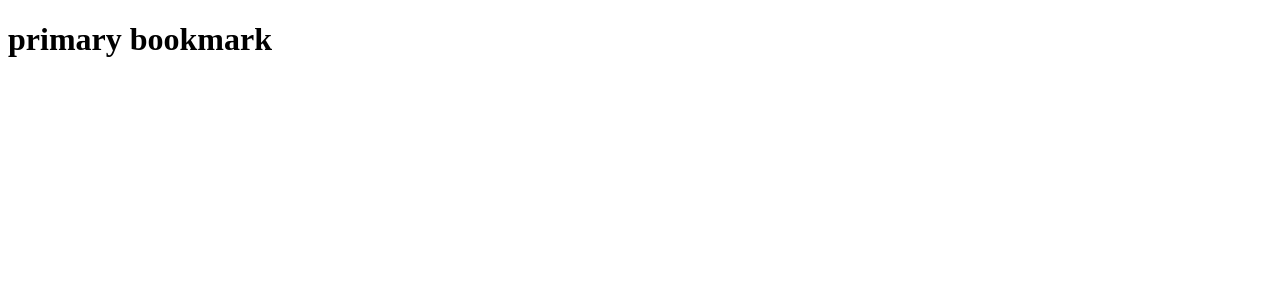
Repository: Mohan2347/Project-2
Page: 3.html
An editor plug-in stored every save of this project. The page is shown before and after a run of saves, followed by the edit.
The browser window is 1280 px wide. The pictures show the whole page.

Above is the page before, as saved 2024-11-02 23:02:54.

After the next 2 saves:
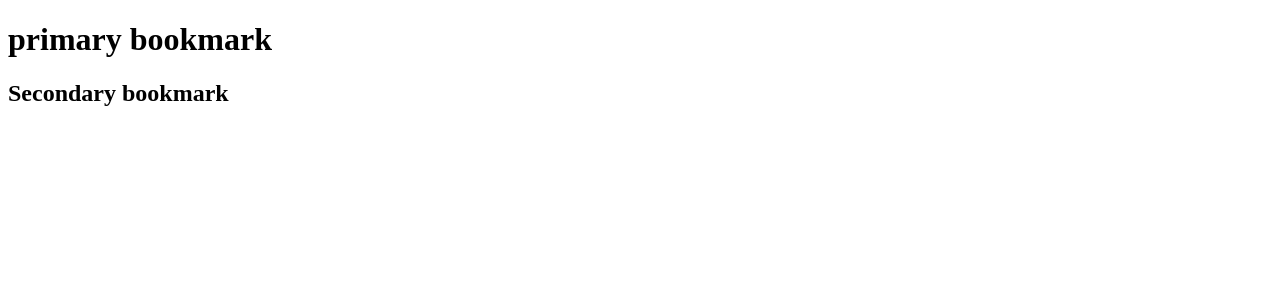
The 2 saves are shown as one change because they came seconds apart.
The last was saved 11 s later.
--- a/3.html
+++ b/3.html
@@ -7,6 +7,7 @@
 </head>
 <body>
     <h1>primary bookmark</h1>
-    <h2></h2>
+
+    <h2>Secondary bookmark</h2>
 </body>
 </html>
